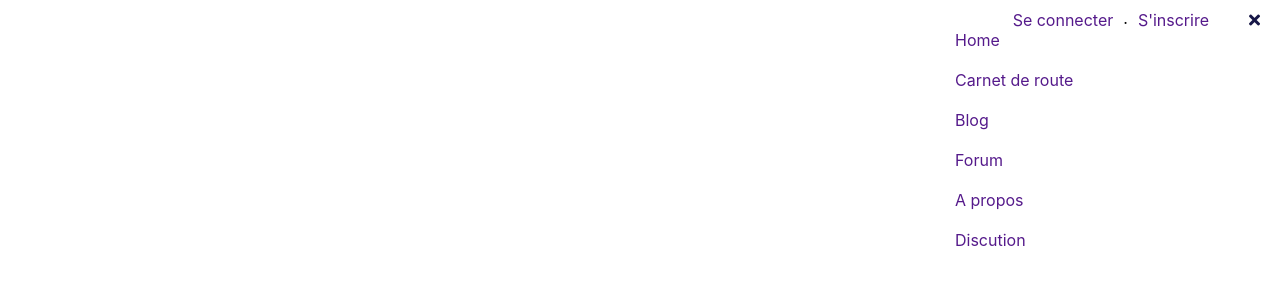
Repository: ypiard85/korean-place
Page: templates/home/index.html.twig
These files come from the project's save history. The page is drawn as it stood at one moment and after the next save; the edit follows.
The browser window is 1280 px wide. The pictures show the whole page.
Some web libraries are served in a nearby version. The page is a Twig template of a Symfony application; nobody is signed in and links lead nowhere. The template is opened directly, without the code that normally fills it, so the values that code supplies are empty.

Above is the page before, as saved 2021-02-10 23:21:39.

### templates/home/index.html.twig
{% extends 'base.html.twig' %}
{% block title %}Korean Titile site{% endblock %}



{% block body %}

{% endblock %}




{% block javascriptsfooter %}
    <script type="text/javascript"></script>
{% endblock %}

### templates/base.html.twig
<!DOCTYPE html>
<html>
    <head>
        <meta charset="UTF-8">
        <title>{% block title %}Welcome !{% endblock %}</title>
        {% block stylesheets %}{% endblock %}
        <!-- CSS only -->
            <link rel="stylesheet" href=" {{ asset('css/style.css') }} ">
            <link rel="stylesheet" href="https://use.fontawesome.com/releases/v5.15.2/css/all.css" integrity="sha384-vSIIfh2YWi9wW0r9iZe7RJPrKwp6bG+s9QZMoITbCckVJqGCCRhc+ccxNcdpHuYu" crossorigin="anonymous">
            <!--<link href="https://cdn.jsdelivr.net/npm/bootstrap@5.0.0-beta1/dist/css/bootstrap.min.css" rel="stylesheet" integrity="sha384-giJF6kkoqNQ00vy+HMDP7azOuL0xtbfIcaT9wjKHr8RbDVddVHyTfAAsrekwKmP1" crossorigin="anonymous">-->

        {% block javascripts %}{% endblock %}
    </head>
    <body>
        <div class="wrapper">
            <nav class="nav">
                <div class="nav_left">
                    <ul>
                        <li class="home"><a href=""><i class="fas fa-home"></i></a></li>
                        <li class="carnet"><a href="">Carnet de route</a></li>
                        <li class="blog"><a href="">Blog</a></li>
                        <li class="forum"><a href="">Forum</a></li>
                        <li class="about"><a href="">A propos</a></li>
                        <li class="discussion"><a href="">Discussions</a></li>
                    </ul>
                </div>
                <div class="nav_right">
                    <ul>
                        <li class="login"><a href="">Se connecter</a></li>
                        <li class="text_muted">.</li>
                        <li class="register"><a href="">S'inscrire</a></li>
                        <li class="burger"><i class="fas fa-bars"></i></li>
                    </ul>
                </div>
            </nav>

            <div class="nav_mobile">
                <div class="mobile_header">
                    <ul>
                        <li><a href="">Se connecter</a></li>
                        <li class="text_muted">.</li>
                        <li><a href="">S'inscrire</a></li>
                        <li class="close"><i class="fas fa-times"></i></li>
                    </ul>
                </div>
                <div class="mobile_link">
                    <ul>
                        <li><a href="">Home</a></li>
                        <li><a href="">Carnet de route</a></li>
                        <li><a href="">Blog</a></li>
                        <li><a href="">Forum</a></li>
                        <li><a href="">A propos</a></li>
                        <li><a href="">Discution</a></li>
                    </ul>
                </div>
            </div>

            {% block body %}{% endblock %}
        </div>


        {% block javascriptsfooter %}{% endblock %}
        <script src="https://cdn.jsdelivr.net/npm/bootstrap@5.0.0-beta1/dist/js/bootstrap.bundle.min.js" integrity="sha384-ygbV9kiqUc6oa4msXn9868pTtWMgiQaeYH7/t7LECLbyPA2x65Kgf80OJFdroafW" crossorigin="anonymous"></script>
        <script src="https://cdn.jsdelivr.net/npm/@popperjs/core@2.5.4/dist/umd/popper.min.js" integrity="sha384-q2kxQ16AaE6UbzuKqyBE9/u/KzioAlnx2maXQHiDX9d4/zp8Ok3f+M7DPm+Ib6IU" crossorigin="anonymous"></script>
        <script src="https://cdn.jsdelivr.net/npm/bootstrap@5.0.0-beta1/dist/js/bootstrap.min.js" integrity="sha384-pQQkAEnwaBkjpqZ8RU1fF1AKtTcHJwFl3pblpTlHXybJjHpMYo79HY3hIi4NKxyj" crossorigin="anonymous"></script>
    </body>
</html>

### public/css/style.css
:root{
    --border-light: rgb(197, 195, 195);
    --text-blue-dark: rgb(23, 23, 71);
}

body{
    font-family: -apple-system, BlinkMacSystemFont, 'Segoe UI', Roboto, Oxygen, Ubuntu, Cantarell, 'Open Sans', 'Helvetica Neue', sans-serif;
}

*{
    margin: 0;
    padding: 0;
    box-sizing: border-box;
}

/*RESET*/

a{
    text-decoration: none!important;
}

ul{
    list-style: none;
}

.wrapper{
    width: 85%;
    margin: auto;
    max-width: 100%;
}

.text_muted{
    margin-top: -5px;
}


/*NAV*/

.nav{
    border-bottom: 1px solid var(--border-light);
    display: flex;
    justify-content: space-between;
    align-items: center;
    padding: 15px 0;
    margin-top: 20px;
}

.nav a, i {
    color: var(--text-blue-dark);
    font-weight: 600;
}

.login{
    border-left: 1px solid var(--border-light);
    padding-left: 10px;
}

.home{
    border-right: 1px solid var(--border-light);
    padding-right: 10px;
}

.burger{
    cursor: pointer;
}

.nav_left > ul, .nav_right > ul{
    display: flex;
}

.nav_left > ul > li{
    margin-right: 20px;
}

.nav_right > ul > li{
    margin-left: 20px;
}

/*NAV MOBILE*/

.nav_mobile{
    top: 0;
    bottom: 0;
    left:0;
    right: 0;
    position: fixed;
    background: white;
    padding: 10px;
}

.mobile_header > ul{
    display: flex;
    justify-content: flex-end;
    align-items: center;
}

.mobile_header > ul > li {
    margin-right: 10px;
}

.close > i{
    margin-left: 30px;
}

.mobile_link ul{
    display: grid;
    grid-gap: 20px;
    padding-left: 75%;
    padding-right: 75%%;

}

@media screen and (max-width: 800px){
    .login, .register{
        display: none;
    }
}

@media screen and (max-width: 585px){
    .discussion{
        display: none;
    }
}

@media screen and (max-width: 585px){
    .about{
        display: none;
    }
}

@media screen and (max-width: 400px){
    .forum{
        display: none;
    }
}


@media screen and (max-width: 950px){
    .wrapper{
        width: 100%;
        padding: 0 20px;
    }
}

@media screen and (min-width: 800px){
    .burger{
        display: none;
    }
}

After the next save:
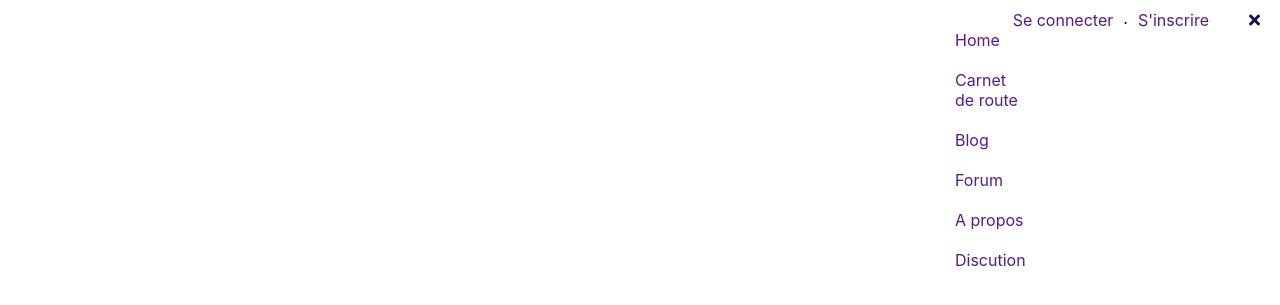
Saved 4 s later.
--- a/public/css/style.css
+++ b/public/css/style.css
@@ -106,7 +106,7 @@ ul{
     display: grid;
     grid-gap: 20px;
     padding-left: 75%;
-    padding-right: 75%%;
+    padding-right: 75%;
 
 }
 
